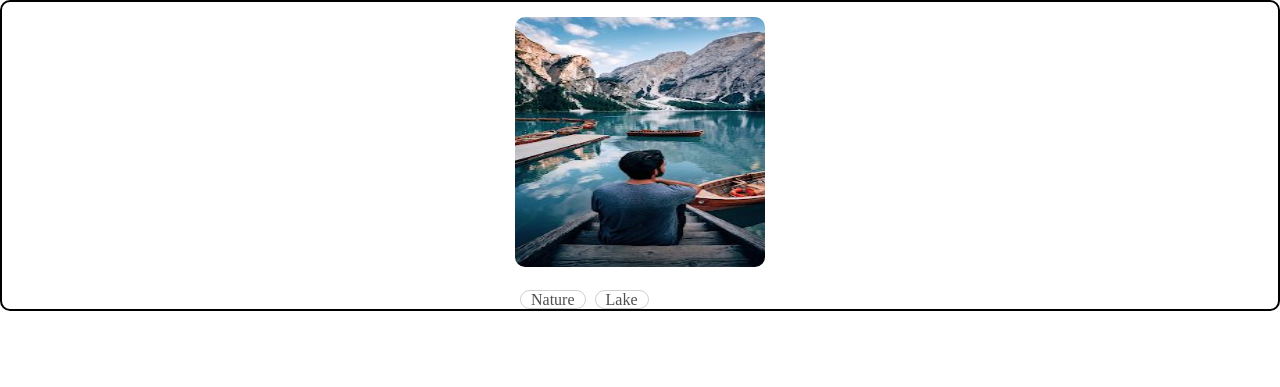
Repository: diensy/Web_dev
Page: Css/Exercise/exercise-2/index.html
The author's editor kept a copy of each file at every save. The page is drawn from the files as they stood at one save, then again after a run of saves.
The browser window is 1280 px wide. The pictures show the whole page.

Above is the page before, as saved 2024-05-27 21:15:27.

After the next 2 saves:
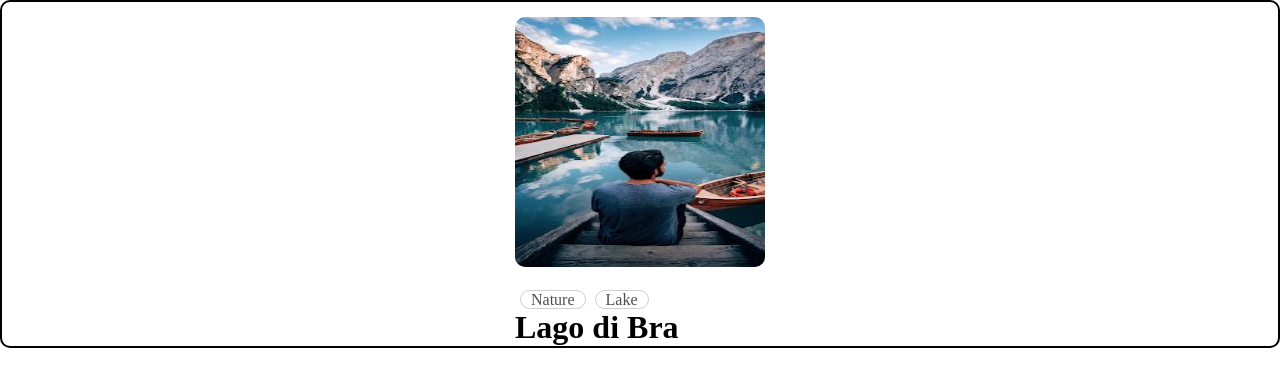
The 2 saves are shown as one change because they came seconds apart.
The last was saved 20 s later.
--- a/Css/Exercise/exercise-2/index.html
+++ b/Css/Exercise/exercise-2/index.html
@@ -16,7 +16,7 @@
             <span>Lake</span>
         </div>
         <div class="content">
-            <h1></h1>
+            <h1>Lago di Bra</h1>
         </div>
     </div>
 </body>
